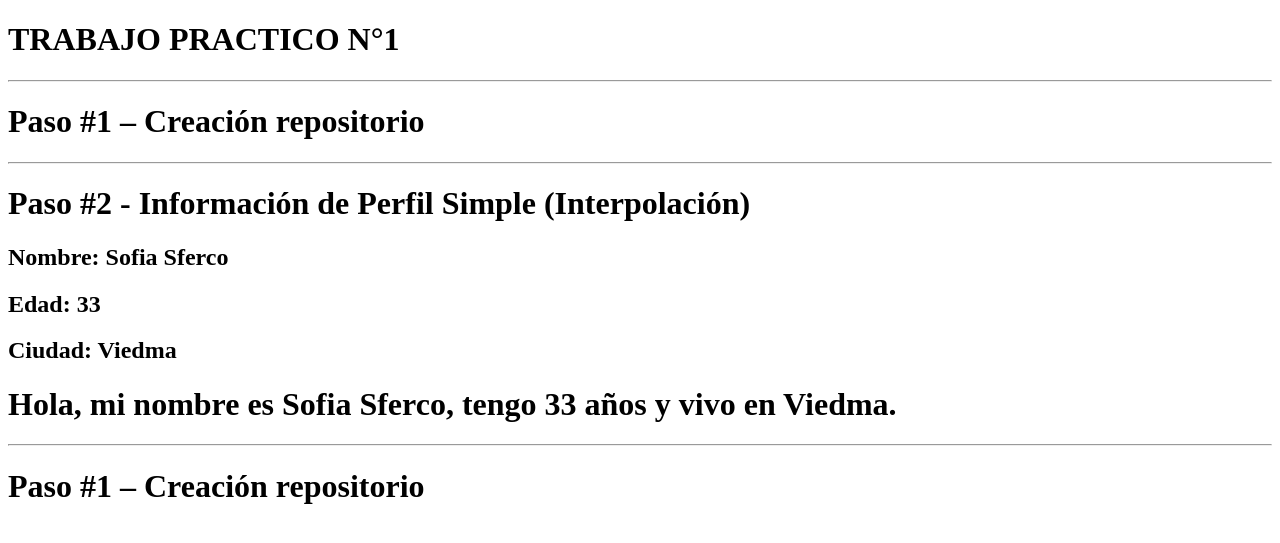
Repository: SofiaSferco/PWA-2026
Page: practico01/index.html
These files come from the project's save history. The page is drawn as it stood at one moment and after the next save; the edit follows.
The browser window is 1280 px wide. The pictures show the whole page.

Above is the page before, as saved 2026-09-10 00:25:37.

### practico01/index.html
<!DOCTYPE html>
<html lang="en">
<head>
    <meta charset="UTF-8">
    <title>Practico 01</title>
    <script src="https://cdn.jsdelivr.net/npm/vue/dist/vue.js"></script>
</head>
<body>
    <div id="app">
        <p>
            <h1>TRABAJO PRACTICO N°1</h1>
        </p>
        <hr>
        <h1>Paso #1 – Creación repositorio</h1>
        <hr>
        <h1>Paso #2 - Información de Perfil Simple (Interpolación)</h1>
        <h2>Nombre: {{nombre}}</h2>
        <h2>Edad: {{edad}}</h2>
        <h2>Ciudad: {{ciudad}}</h2>
        <h1>Hola, mi nombre es {{nombre}}, tengo {{edad}} años y vivo en {{ciudad}}.</h1>
        <hr>
        <h1>Paso #1 – Creación repositorio</h1>
    </div>
    <script>
       var app= new Vue({
           el: '#app',
           data: {
               nombre: 'Sofia Sferco',
               edad: 33,
               ciudad: 'Viedma',
           }
       })
    </script>
</body>
</html>

After the next save:
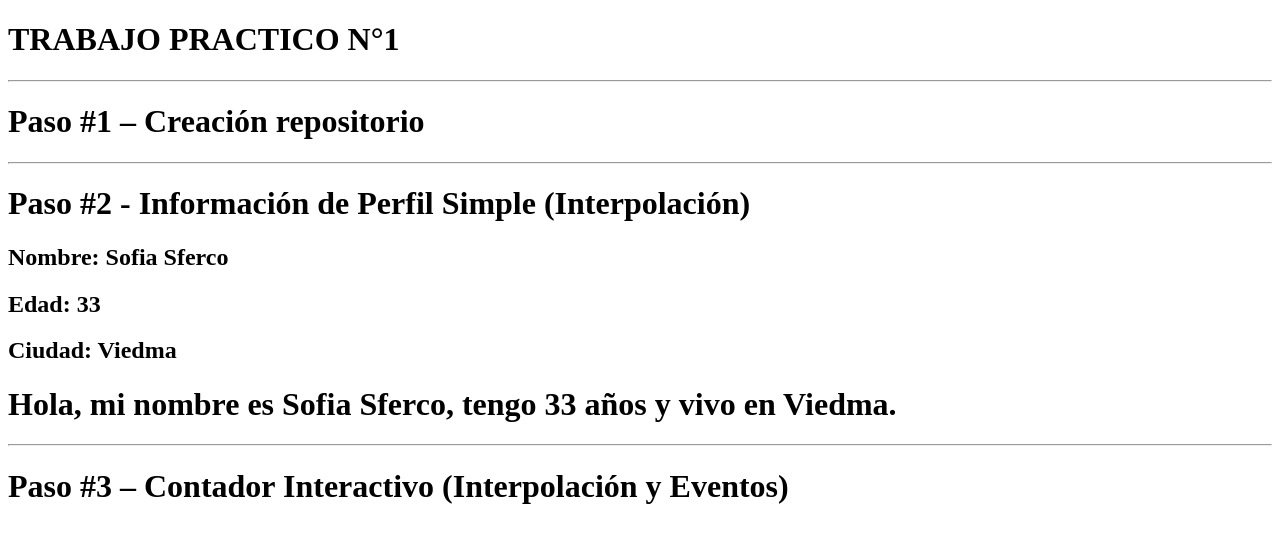
Saved 10 s later.
--- a/practico01/index.html
+++ b/practico01/index.html
@@ -19,7 +19,8 @@
         <h2>Ciudad: {{ciudad}}</h2>
         <h1>Hola, mi nombre es {{nombre}}, tengo {{edad}} años y vivo en {{ciudad}}.</h1>
         <hr>
-        <h1>Paso #1 – Creación repositorio</h1>
+        <h1>Paso #3 – Contador Interactivo (Interpolación y
+Eventos)</h1>
     </div>
     <script>
        var app= new Vue({
